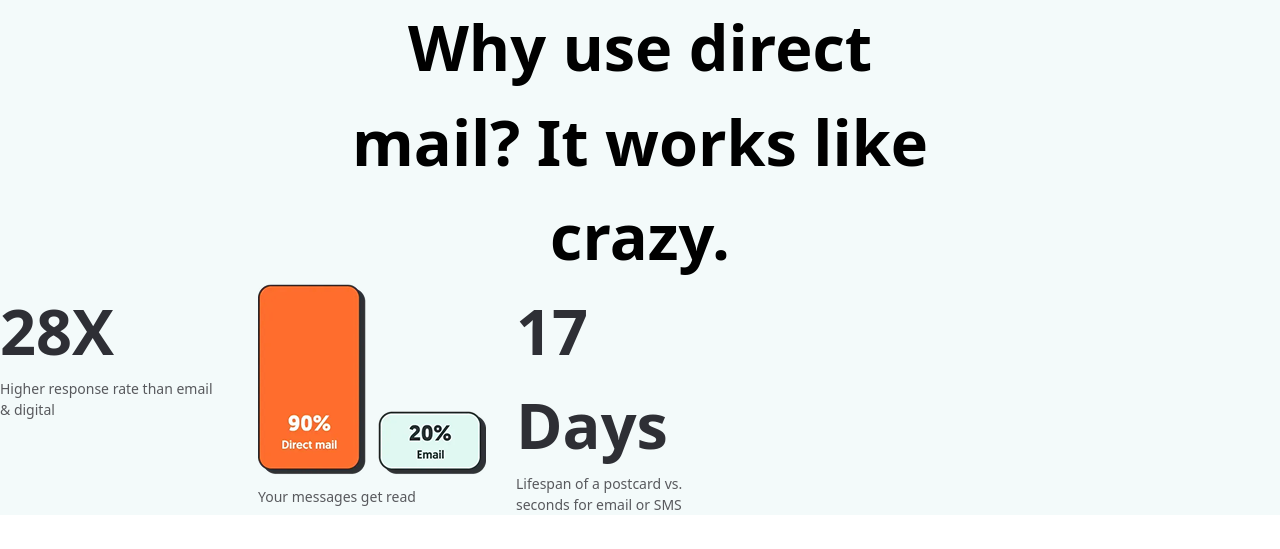
Repository: trusha97/postpilot
Page: mailsende.html
An editor plug-in stored every save of this project. The page is shown before and after the next save, followed by the edit.
The browser window is 1280 px wide. The pictures show the whole page.
Some web libraries are served in a nearby version.

Above is the page before, as saved 2025-05-21 14:56:22.

### mailsende.html
<!DOCTYPE html>
<html lang="en">

<head>
    <meta charset="UTF-8" />
    <meta name="viewport" content="width=device-width, initial-scale=1.0" />
    <title>mail send</title>
    <!-- Tailwind CSS CDN -->
    <script src="https://cdn.tailwindcss.com"></script>
</head>

<body>
    <div class="bg-[#F3FAFA]">
        <div>
            <p class="text-[63px] max-w-[615px] text-center mx-auto font-bold">Why use direct mail?
                It <span>works</span> like crazy.</p>
        </div>
        <div
            class=" flex gap-[30px] mx-auto">
            <div class="w-[33.33%] max-w-[228px]">
                <h2 class="text-[63px] font-[700] text-[#2E2F35] max-md:text-[50px] max-sm:text-[30px]">28X</h2>
                <p class="text-[14px] font-[500] text-[#58595D]">Higher response rate than email<br>&
                    digital
                </p>
            </div>
            <div class="w-[33.33%] max-w-[228px]">
                <img src="Assets/images/emailmobile.png">
                <p class="text-[14px] font-[500] text-[#58595D]">Your messages get read</p>
            </div>
            <div class="w-[33.33%] max-w-[228px]">
                <h2 class="text-[63px] font-[700] text-[#2E2F35] max-md:text-[50px] max-sm:text-[30px]"">17 Days</h2>
                        <p class=" text-[14px] font-[500] text-[#58595D]">Lifespan of a postcard vs.<br>seconds
                    for email
                    or SMS</p>
            </div>
        </div>
    </div>
</body>

</html>

After the next save:
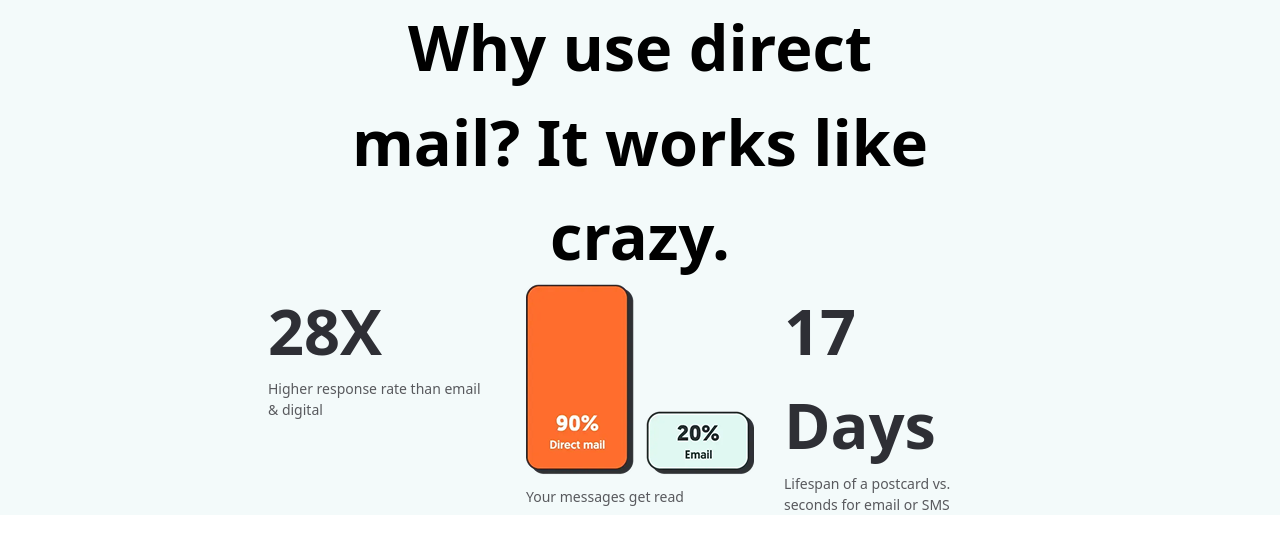
Saved 90 s later.
--- a/mailsende.html
+++ b/mailsende.html
@@ -16,7 +16,7 @@
                 It <span>works</span> like crazy.</p>
         </div>
         <div
-            class=" flex gap-[30px] mx-auto">
+            class=" flex gap-[30px] mx-auto justify-center">
             <div class="w-[33.33%] max-w-[228px]">
                 <h2 class="text-[63px] font-[700] text-[#2E2F35] max-md:text-[50px] max-sm:text-[30px]">28X</h2>
                 <p class="text-[14px] font-[500] text-[#58595D]">Higher response rate than email<br>&
